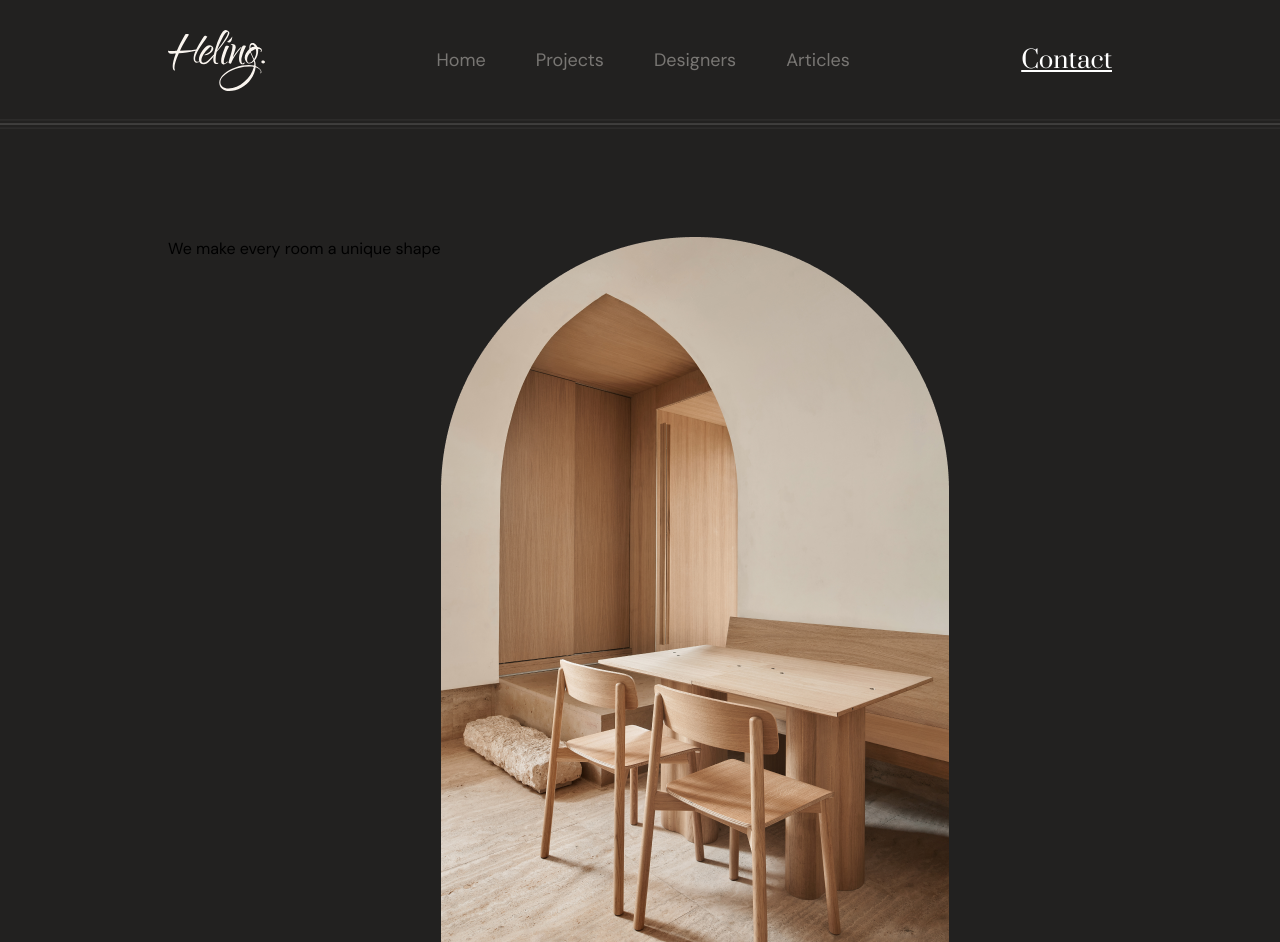
Repository: vandangnhathung/healingui_website
Page: /
The author's editor kept a copy of each file at every save. The page is drawn from the files as they stood at one save, then again after the next save.
The browser window is 1280 px wide. The pictures show the whole page.
The project was rebuilt for these pictures with package versions that can differ from the ones it lists, and the page was loaded fresh each time. Also part of the build but not shown: src/App.css.

Above is the page before, as saved 2022-03-16 12:53:42.

### src/App.js
import "./App.css";
import Container from "./components/Container/Container";
import Header from "./components/Header/Header";
function App() {
  return (
    <div>
      <Header></Header>
      <Container></Container>
    </div>
  );
}

export default App;

### src/components/Container/Container.js
import React from "react";
import styled from "styled-components";
import Image1 from "../../Images/Image1.png";
const Container = () => {
  const StyledContainer = styled.div`
    background-color: #222120;
    @import url("https://fonts.googleapis.com/css2?family=DM+Sans:wght@400;500;700&display=swap");
    font-family: "DM Sans", sans-serif;
    @import url("https://fonts.googleapis.com/css2?family=Prata&display=swap");
  `;
  const Container = styled.div`
    padding: 108px 168px 0;
    display: flex;
  `;
  return (
    <StyledContainer>
      <Container>
        <div>
          <h2>We make every room a unique shape</h2>
        </div>
        <div>
          <img src={Image1} alt="" />
        </div>
      </Container>
    </StyledContainer>
  );
};

export default Container;

### src/components/Header/Header.js
import React from "react";
import styled from "styled-components";
import headerLine from "../../Images/header-line.png";
const Header = () => {
  const StyledHeader = styled.div`
    background-color: #222120;
    @import url("https://fonts.googleapis.com/css2?family=DM+Sans:wght@400;500;700&display=swap");
    font-family: "DM Sans", sans-serif;
    @import url("https://fonts.googleapis.com/css2?family=Prata&display=swap");
  `;
  const Header = styled.div`
    display: flex;
    justify-content: space-between;
    align-items: center;
    padding: 30px 168px 28px;
  `;
  const ListNav = styled.ul`
    color: #faf5ef;
    opacity: 0.4;
    font-weight: 400;
    font-size: 18px;
    line-height: 0.6;
    display: flex;
    align-items: center;
    list-style: none;
    gap: 0 50px;
  `;
  const ItemNav = styled.li`
    cursor: pointer;
  `;
  const ContactDiv = styled.h3`
    font-family: "Prata", serif;
  `;
  return (
    <StyledHeader>
      <Header>
        <div>
          <svg
            width="97"
            height="61"
            viewBox="0 0 97 61"
            fill="none"
            xmlns="http://www.w3.org/2000/svg"
          >
            <path
              d="M0.241098 20.6943L1.38631 20.9951C5.56534 20.9951 8.05669 20.9349 8.86035 20.8146C11.1106 15.6009 13.8832 10.1667 17.1782 4.51183C17.4595 4.23109 18.1426 4.09073 19.2276 4.09073C20.3125 4.09073 20.855 4.35141 20.855 4.87278L17.9618 9.50493C15.5508 13.5957 13.5618 17.3254 11.9946 20.6943L21.9399 20.213C23.4267 20.1328 25.5162 19.8922 28.2085 19.4911C29.856 16.2827 31.6039 13.2147 33.4523 10.287C35.3008 7.3192 36.4661 5.8353 36.9483 5.8353C37.4305 5.8353 37.9327 5.95562 38.4551 6.19625C39.0177 6.39678 39.299 6.61736 39.299 6.85799C38.8569 7.45956 38.3547 8.14135 37.7921 8.90335C37.2697 9.66535 36.7272 10.4274 36.1647 11.1893C30.1372 19.2104 27.1235 25.1861 27.1235 29.1164C27.1235 30.9211 27.8468 31.8235 29.2934 31.8235L31.3427 31.5227C31.4633 31.5227 31.5236 31.5628 31.5236 31.643C31.5236 31.8435 31.1619 32.0641 30.4386 32.3047C29.7153 32.5855 29.1528 32.7258 28.7509 32.7258C27.8267 32.7258 27.0632 32.3248 26.4605 31.5227C25.8979 30.7206 25.6167 29.7179 25.6167 28.5148C25.6167 26.2288 26.2998 23.6621 27.666 20.8146C21.1563 22.3787 15.5508 23.1607 10.8494 23.1607C7.91605 29.6177 6.44937 34.4303 6.44937 37.5986C6.44937 38.5611 6.56992 39.263 6.81102 39.7041C7.05211 40.1453 7.17266 40.406 7.17266 40.4862C7.17266 40.5664 7.07221 40.6065 6.87129 40.6065C5.4247 40.6065 4.70141 39.1026 4.70141 36.0947C4.70141 33.0868 5.74617 28.8757 7.83568 23.4615C5.50507 23.622 3.87766 23.7022 2.95345 23.7022C0.984483 23.7022 0 22.7597 0 20.8748C0 20.7544 0.0803659 20.6943 0.241098 20.6943Z"
              fill="#FAF5EF"
            />
            <path
              d="M46.2833 24.1834C46.5244 24.1834 46.6449 24.2837 46.6449 24.4842C46.6449 24.6446 46.6047 24.8051 46.5244 24.9655C42.3052 31.1016 38.8092 34.1696 36.0366 34.1696C32.6211 34.1696 30.9133 32.5855 30.9133 29.4172C30.9133 26.9707 32.1188 24.003 34.5297 20.5138C36.9809 17.0247 39.3517 15.2801 41.6421 15.2801C42.6065 15.2801 43.4504 15.6009 44.1737 16.2426C44.9371 16.8442 45.3189 17.5861 45.3189 18.4684C45.3189 19.9924 44.3746 21.4964 42.486 22.9803C40.5974 24.4642 38.7691 25.2061 37.001 25.2061C36.6394 25.2061 36.4585 25.1259 36.4585 24.9655L36.6394 24.6647C41.2604 23.2209 43.5709 20.8547 43.5709 17.5661C43.5709 17.0848 43.4102 16.8442 43.0887 16.8442C42.6065 16.8442 41.8029 17.3054 40.6777 18.2278C38.7088 19.832 37.001 21.8373 35.5544 24.2436C34.1078 26.6499 33.3845 28.6752 33.3845 30.3195C33.3845 31.9638 34.0074 32.786 35.253 32.786C36.6594 32.786 38.2467 32.044 40.0147 30.5602C41.1398 29.5174 42.4458 28.1939 43.9326 26.5897C45.4595 24.9855 46.2431 24.1834 46.2833 24.1834Z"
              fill="#FAF5EF"
            />
            <path
              d="M49.0196 33.0868L49.984 32.786C50.1849 32.786 50.2854 32.8863 50.2854 33.0868C50.2854 33.7285 49.5822 34.0493 48.1758 34.0493C46.247 34.0493 45.2826 32.4451 45.2826 29.2367C45.2826 27.1111 45.9255 23.7423 47.2114 19.1302C48.4973 14.478 50.1247 10.1266 52.0936 6.07593C54.0626 2.02531 55.8307 0 57.3978 0C58.2818 0 59.1658 0.300787 60.0499 0.902364C60.9339 1.46384 61.3759 2.08547 61.3759 2.76726C61.3759 5.65483 57.1165 12.0717 48.5977 22.0177C47.9146 24.9855 47.573 27.5723 47.573 29.7781C47.573 31.9839 48.0552 33.0868 49.0196 33.0868ZM59.9293 2.58678C59.9293 2.10552 59.7887 1.86489 59.5074 1.86489C58.3019 1.86489 56.5539 4.01052 54.2635 8.30177C51.9731 12.5529 50.2251 16.6035 49.0196 20.4536C56.2928 10.9487 59.9293 4.9931 59.9293 2.58678Z"
              fill="#FAF5EF"
            />
            <path
              d="M64.165 6.73767C64.2454 6.73767 64.2856 6.83793 64.2856 7.03846L63.9842 8.78304C63.3814 11.2696 62.4572 12.5128 61.2116 12.5128C60.2873 12.5128 59.5641 12.2722 59.0417 11.7909C60.5686 10.7482 62.2764 9.06377 64.165 6.73767ZM61.0307 16.6035C59.7851 18.7291 58.5997 21.4362 57.4745 24.7248C56.3494 27.9734 55.7869 30.2193 55.7869 31.4625C55.7869 32.7058 56.048 33.3274 56.5704 33.3274C56.9321 33.3274 57.3942 33.1068 57.9567 32.6657C58.5193 32.2245 58.8609 31.9438 58.9814 31.8235C59.102 31.7032 59.2426 31.5828 59.4033 31.4625C59.5641 31.4625 59.6444 31.5427 59.6444 31.7032C59.6444 32.1844 59.0618 32.7459 57.8965 33.3876C56.7713 34.0694 55.9476 34.4103 55.4252 34.4103C53.8983 34.4103 53.1348 33.3074 53.1348 31.1016C53.1348 27.8129 54.3403 23.4214 56.7512 17.927C56.7512 17.7666 56.8517 17.4658 57.0526 17.0247C57.2937 16.5835 57.4745 16.3028 57.5951 16.1824C57.8764 15.9017 58.2581 15.7613 58.7403 15.7613C60.1467 15.7613 60.9102 16.0421 61.0307 16.6035Z"
              fill="#FAF5EF"
            />
            <path
              d="M78.0084 16.3629C78.0084 16.2025 77.9079 16.3028 77.707 16.6637C76.5819 18.7091 75.5773 21.1755 74.6933 24.0631C73.8092 26.9507 73.3672 28.8356 73.3672 29.7179C73.3672 32.1644 73.8092 33.3876 74.6933 33.3876C74.9745 33.3876 75.3362 33.187 75.7782 32.786C76.2604 32.425 76.4613 32.2446 76.381 32.2446C76.5015 32.2446 76.5618 32.405 76.5618 32.7258C76.5618 33.7686 75.959 34.2899 74.7535 34.2899C73.548 34.2899 72.6238 33.7485 71.9809 32.6657C71.338 31.6229 71.0165 30.119 71.0165 28.1538C71.0165 26.1887 71.5389 23.6019 72.5837 20.3935C73.6284 17.145 74.633 15.5207 75.5974 15.5207H75.8988C77.3052 15.5207 78.0084 15.8014 78.0084 16.3629ZM73.307 16.9645C73.3471 17.0046 73.3672 17.0848 73.3672 17.2051C73.3672 17.2853 73.2065 17.526 72.885 17.927C68.5453 23.1808 65.5315 27.6726 63.8439 31.4024L63.3014 32.9665C63.0603 33.4076 62.7589 33.6282 62.3973 33.6282C62.0356 33.6282 61.6338 33.5279 61.1918 33.3274C60.7498 33.1269 60.5288 32.8863 60.5288 32.6055C60.5288 31.9237 61.1918 29.5174 62.5178 25.3866C63.8439 21.2156 64.5069 18.0874 64.5069 16.002C64.5069 15.4405 64.3662 15.0996 64.085 14.9793C63.8037 14.859 63.5224 14.8189 63.2411 14.859C62.9598 14.859 62.8192 14.7587 62.8192 14.5582C62.8192 14.1972 63.1206 14.0168 63.7233 14.0168C66.4156 14.0168 67.7617 15.1197 67.7617 17.3254C67.7617 18.1676 66.7973 21.4362 64.8685 27.1312C66.6366 24.3639 68.3444 21.9776 69.9919 19.9724C71.6394 17.9671 72.7444 16.9645 73.307 16.9645Z"
              fill="#FAF5EF"
            />
            <path
              d="M86.7293 30.3797C87.3321 31.5026 87.6334 33.0066 87.6334 34.8915C87.6334 35.2926 87.6134 35.6736 87.5732 36.0345C89.2207 36.7163 90.5869 37.5986 91.6718 38.6815C92.797 39.7643 93.3595 40.787 93.3595 41.7495C93.3595 42.7521 93.1184 43.2534 92.6362 43.2534C92.5157 43.2534 92.4152 43.1331 92.3349 42.8925C92.6563 42.4513 92.817 42.0302 92.817 41.6292C92.817 40.787 92.2746 39.9448 91.1896 39.1026C90.1047 38.2604 88.9193 37.6387 87.6334 37.2377C87.1512 41.3685 85.6042 45.2587 82.9923 48.9083C80.4206 52.598 77.1658 55.5256 73.2278 57.6913C69.2899 59.8971 65.2515 61 61.1127 61C58.2999 61 55.9692 60.2179 54.1208 58.6538C52.2322 57.0897 51.2879 54.9241 51.2879 52.1568C51.2879 49.4296 52.835 46.6824 55.9291 43.9152C59.0232 41.188 62.8606 39.0223 67.4415 37.4181C71.9822 35.8139 76.4425 35.0118 80.8224 35.0118C82.8718 35.0118 84.6197 35.1923 86.0663 35.5533C86.227 35.072 86.3074 34.6308 86.3074 34.2298C86.3074 32.8662 86.1467 31.9037 85.8252 31.3422C84.2581 32.786 82.8316 33.5079 81.5457 33.5079C80.2599 33.5079 79.1347 32.8863 78.1704 31.643C77.206 30.3997 76.7238 29.0763 76.7238 27.6726C76.7238 24.8652 78.2708 21.9576 81.3649 18.9497C81.3649 16.6637 81.606 15.1197 82.0882 14.3176C82.6106 13.5154 83.5549 13.1144 84.9211 13.1144C86.3275 13.1144 87.8545 14.4379 89.502 17.0848C92.3951 17.6062 93.8417 18.669 93.8417 20.2732C93.8417 20.6341 93.7212 21.0151 93.4801 21.4162C93.2792 21.7771 93.0581 21.9576 92.817 21.9576C92.5759 21.9576 92.4554 21.8774 92.4554 21.717C92.8572 21.4362 93.0581 21.1154 93.0581 20.7544C93.0581 19.5513 92.0938 18.9497 90.165 18.9497C90.2052 19.2705 90.2253 19.6916 90.2253 20.213C90.2253 24.0631 89.0599 27.452 86.7293 30.3797ZM86.6691 16.784C86.1065 15.4605 85.2627 14.7988 84.1375 14.7988C83.0124 14.7988 82.4498 15.8817 82.4498 18.0473V18.1075C83.7759 17.2252 85.0216 16.784 86.1869 16.784H86.6691ZM88.2362 22.0177C88.2362 20.8948 88.0554 19.8922 87.6937 19.0099C87.0106 19.2505 86.0261 19.7117 84.7403 20.3935C83.4946 21.0352 82.8718 21.4964 82.8718 21.7771C82.8718 22.098 83.9366 24.4842 86.0663 28.9359C87.5129 26.8504 88.2362 24.5444 88.2362 22.0177ZM79.0745 29.6578C79.0745 31.7433 79.8781 32.786 81.4854 32.786C82.8918 32.786 84.2179 31.8034 85.4636 29.8383L82.3293 22.3787C81.4854 23.2209 80.722 24.3639 80.0389 25.8077C79.3959 27.2515 79.0745 28.5348 79.0745 29.6578ZM81.8471 36.5759C78.0297 36.5759 74.2726 37.0572 70.5758 38.0197C66.8789 39.0224 63.7246 40.2656 61.1127 41.7495C58.5008 43.2735 56.3912 44.9379 54.7838 46.7426C53.1765 48.5473 52.3729 50.3721 52.3729 52.217C52.3729 54.1019 53.0962 55.6058 54.5428 56.7288C55.9492 57.8918 57.9382 58.4734 60.5099 58.4734C66.0552 58.4734 71.3192 56.2676 76.3018 51.856C81.2443 47.4845 84.4188 42.4914 85.8252 36.8767C84.8608 36.6762 83.5348 36.5759 81.8471 36.5759Z"
              fill="#FAF5EF"
            />
            <path
              d="M95.1315 30.5C95.6137 30.5 96.0356 30.6604 96.3973 30.9813C96.7991 31.262 97 31.5828 97 31.9438C97 32.3448 96.7991 32.6857 96.3973 32.9665C96.0356 33.2472 95.674 33.3876 95.3123 33.3876C94.0265 33.3876 93.3835 32.8462 93.3835 31.7633C93.3835 30.9211 93.9662 30.5 95.1315 30.5Z"
              fill="#FAF5EF"
            />
          </svg>
        </div>
        <ListNav>
          <ItemNav>Home</ItemNav>
          <ItemNav>Projects</ItemNav>
          <ItemNav>Designers</ItemNav>
          <ItemNav>Articles</ItemNav>
        </ListNav>
        <ContactDiv className="text-2xl leading-7 text-white underline">
          Contact
        </ContactDiv>
      </Header>
      <img src={headerLine} alt="" />
    </StyledHeader>
  );
};

export default Header;

Loaded but not shown: public/index.html (common file); src/index.js (common file); src/index.css (common file); src/reportWebVitals.js (common file); tailwind.config.js (common file)

After the next save:
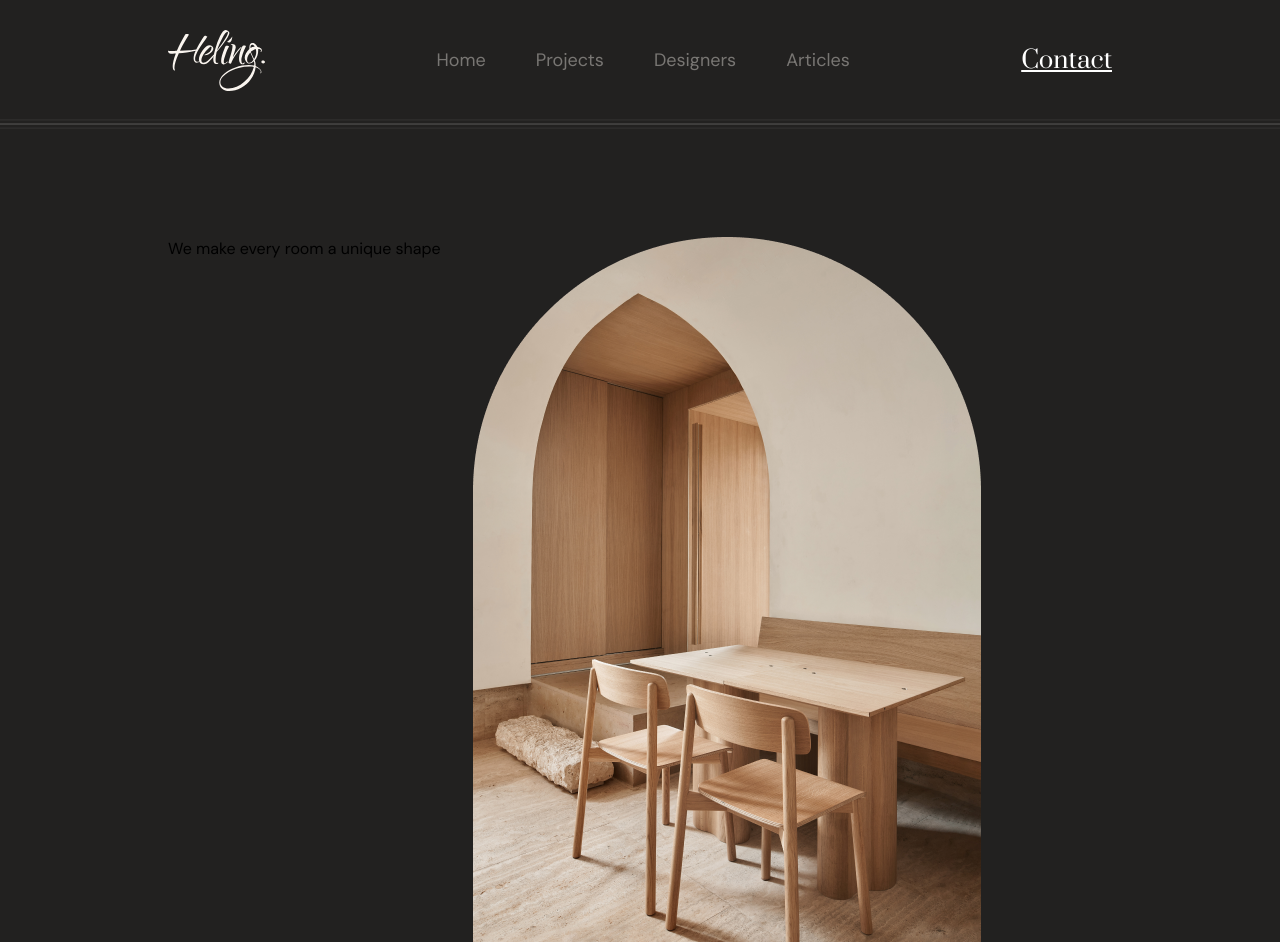
Saved 11 s later.
--- a/src/components/Container/Container.js
+++ b/src/components/Container/Container.js
@@ -11,6 +11,7 @@ const Container = () => {
   const Container = styled.div`
     padding: 108px 168px 0;
     display: flex;
+    gap: 0 32px;
   `;
   return (
     <StyledContainer>
